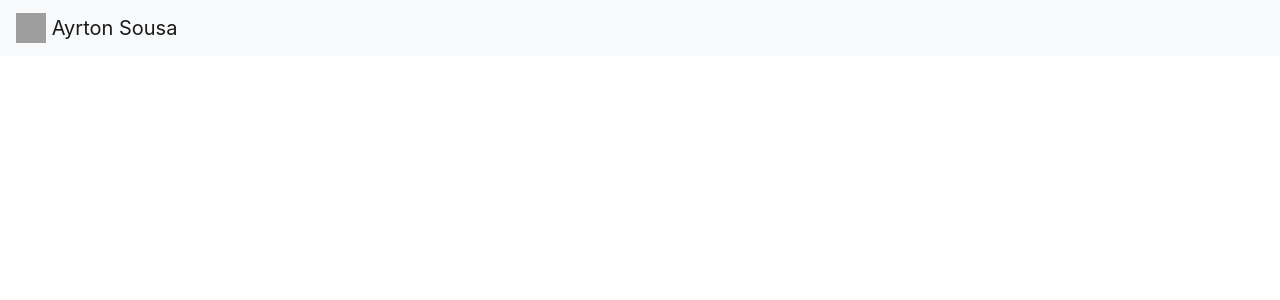
Repository: AyrtonSM/ayrtonsm.github.io
Page: website/index.html
An editor plug-in stored every save of this project. The page is shown before and after the next save, followed by the edit.
The browser window is 1280 px wide. The pictures show the whole page.
Pictures or frames that could not be fetched are drawn as grey boxes. Some web libraries are served in a nearby version.

Above is the page before, as saved 2019-07-23 08:48:58.

### website/index.html
<!DOCTYPE html>

<head>
<meta charset="utf-8">
<meta name="viewport" content="width=device-width, initial-scale=1, shrink-to-fit=no">


<link rel="stylesheet" href="https://maxcdn.bootstrapcdn.com/bootstrap/4.0.0/css/bootstrap.min.css" integrity="sha384-Gn5384xqQ1aoWXA+058RXPxPg6fy4IWvTNh0E263XmFcJlSAwiGgFAW/dAiS6JXm" crossorigin="anonymous">
</head>


<body>

    <nav class="navbar navbar-light bg-light">
            <a class="navbar-brand" href="#">
                <img src="/docs/4.0/assets/brand/bootstrap-solid.svg" width="30" height="30" class="d-inline-block align-top" alt="">
                Ayrton Sousa
            </a>
    </nav>





<script src="https://code.jquery.com/jquery-3.2.1.slim.min.js" integrity="sha384-KJ3o2DKtIkvYIK3UENzmM7KCkRr/rE9/Qpg6aAZGJwFDMVNA/GpGFF93hXpG5KkN" crossorigin="anonymous"></script>
<script src="https://cdnjs.cloudflare.com/ajax/libs/popper.js/1.12.9/umd/popper.min.js" integrity="sha384-ApNbgh9B+Y1QKtv3Rn7W3mgPxhU9K/ScQsAP7hUibX39j7fakFPskvXusvfa0b4Q" crossorigin="anonymous"></script>
<script src="https://maxcdn.bootstrapcdn.com/bootstrap/4.0.0/js/bootstrap.min.js" integrity="sha384-JZR6Spejh4U02d8jOt6vLEHfe/JQGiRRSQQxSfFWpi1MquVdAyjUar5+76PVCmYl" crossorigin="anonymous"></script>
</body>


</html>

After the next save:
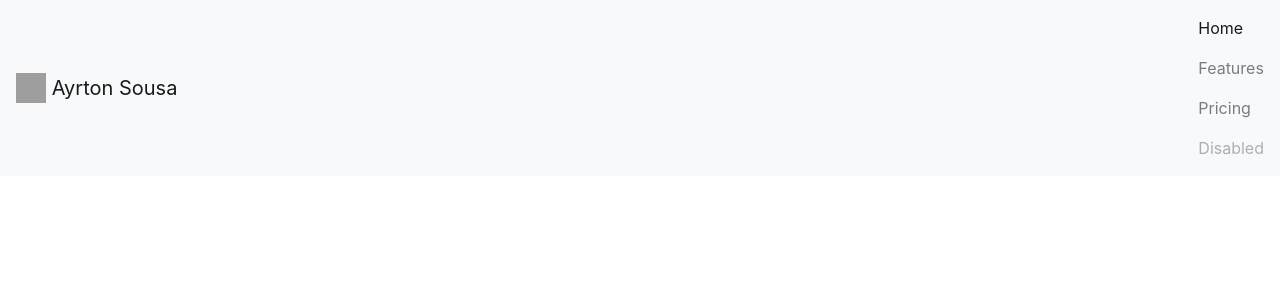
Saved 110 s later.
--- a/website/index.html
+++ b/website/index.html
@@ -16,6 +16,20 @@
                 <img src="/docs/4.0/assets/brand/bootstrap-solid.svg" width="30" height="30" class="d-inline-block align-top" alt="">
                 Ayrton Sousa
             </a>
+            <ul class="navbar-nav">
+                    <li class="nav-item active">
+                      <a class="nav-link" href="#">Home <span class="sr-only">(current)</span></a>
+                    </li>
+                    <li class="nav-item">
+                      <a class="nav-link" href="#">Features</a>
+                    </li>
+                    <li class="nav-item">
+                      <a class="nav-link" href="#">Pricing</a>
+                    </li>
+                    <li class="nav-item">
+                      <a class="nav-link disabled" href="#">Disabled</a>
+                    </li>
+                  </ul>
     </nav>
 
 
